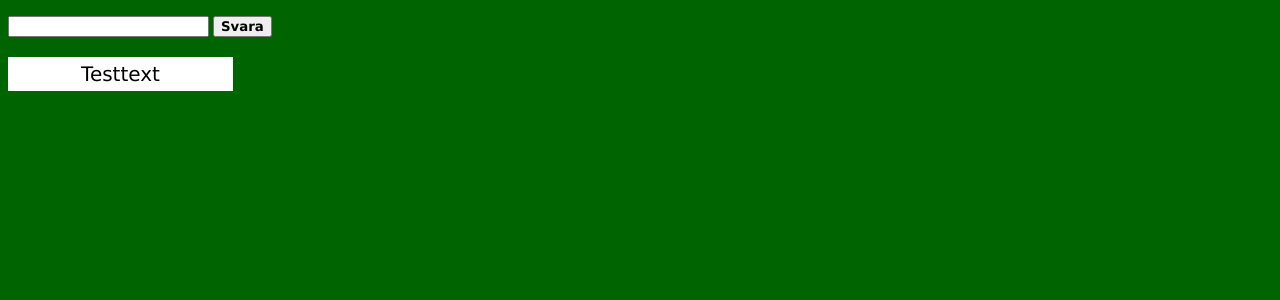
Repository: MartinArvidsson/1dv403-laborationer-Martin-Arvidsson
Page: 4-thequiz/Index.html
The author's editor kept a record of every edit. The page is drawn from the files as they stood at one moment, then again after the next edit.
The browser window is 1280 px wide. The pictures show the whole page.

Above is the page before.

After the next edit:
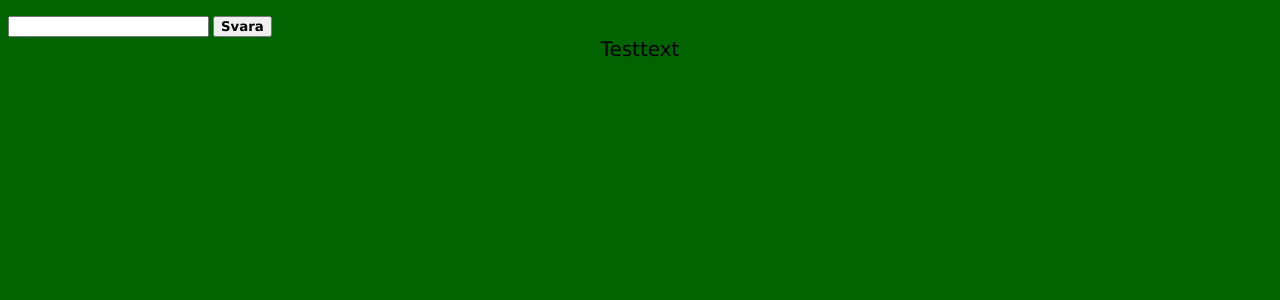
The edit:
--- a/4-thequiz/Style.css
+++ b/4-thequiz/Style.css
@@ -1,30 +1,4 @@
-#container{
-    margin-top:0;
-    width:100%;
-    height:100%;
-}
-#Questionboard{
-    position:relative;
-    margin-left:auto;
-    margin-right:auto;
-}
-#question{
-    font-family: 'times', cursive;
-    font-size:24px;
-    width:215px;
-    height:auto;
-    padding:7px;
-    background-color:darkgreen;
-}
-#Questions{
-    margin-top:20px;
-    font-family: 'Indie Flower', cursive;
-    font-size:24px;
-    width:215px;
-    height:auto;
-    padding:5px;
-    background-color:white;
-}html{
+html{
     background:Darkgreen;
 }
 header{
